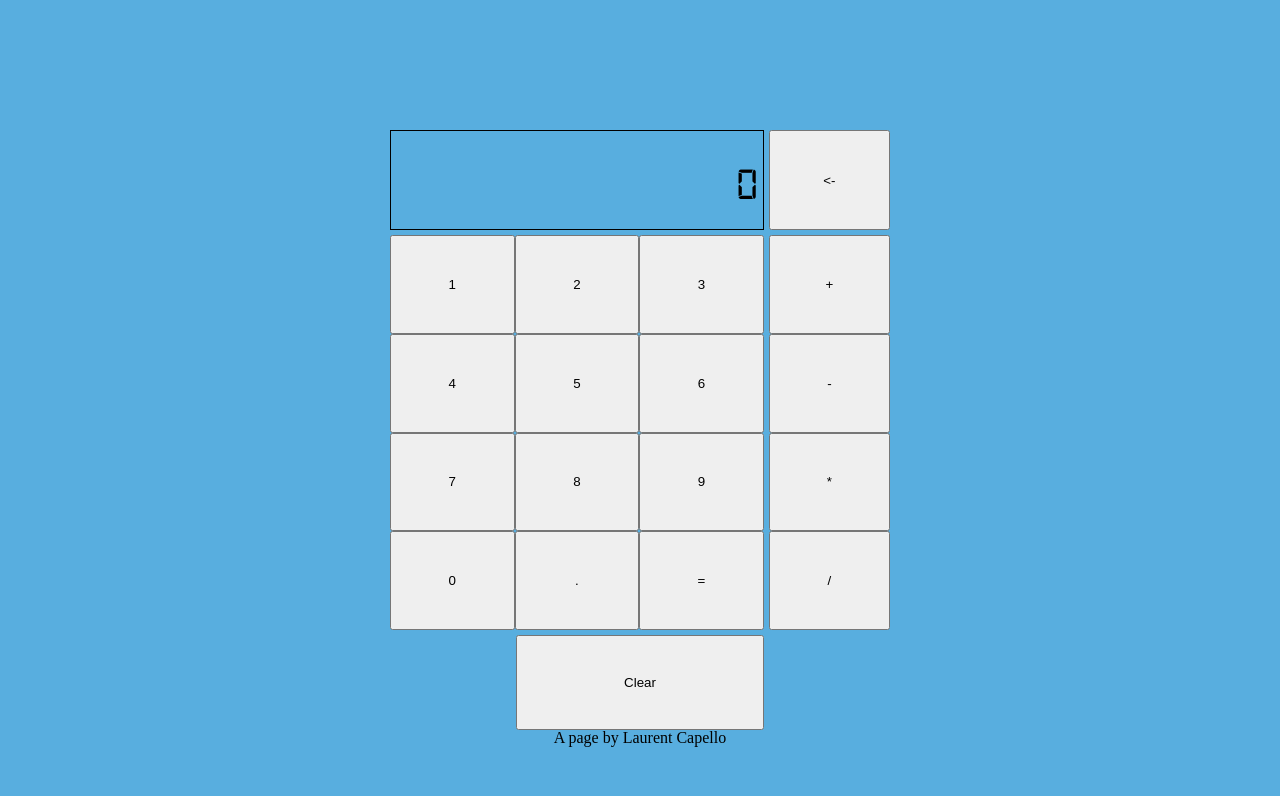
Repository: sokafootball/js-calculator
Page: index.html
These files come from the project's save history. The page is drawn as it stood at one moment and after the next save; the edit follows.
The browser window is 1280 px wide. The pictures show the whole page.

Above is the page before, as saved 2020-05-06 19:25:36.

### index.html
<html>
<head>
  <title>Javascript Calculator - By Laurent Capello</title>
  <link rel="stylesheet" type="text/css" href="reset.css">
  <link rel="stylesheet" type="text/css" href="style.css">
  <!--<link rel="stylesheet" type="text/css" href="wireframe.css">-->
  <link href="https://fonts.googleapis.com/css2?family=Barlow:wght@300&display=swap" rel="stylesheet">
</head>
<body>
<main id="main">
  <div id="calculator">
    <p id="display">0</p>
    <button id="backspace" class="button"><-</button>
    <div id="numpad">
      <button class="button num-button">1</button>
      <button class="button num-button">2</button>
      <button class="button num-button">3</button>
      <button class="button num-button">4</button>
      <button class="button num-button">5</button>
      <button class="button num-button">6</button>
      <button class="button num-button">7</button>
      <button class="button num-button">8</button>
      <button class="button num-button">9</button>
      <button class="button num-button">0</button>
      <button id="decimal-button" class="button">.</button>
      <button id="equal-button" class="button">=</button>
    </div>
    <div id="operators">
      <button class="button operation-button">+</button>
      <button class="button operation-button">-</button>
      <button class="button operation-button">*</button>
      <button class="button operation-button">/</button>
    </div>
    <button id="clear-button" class="button">Clear</button>
  </div>
</main>
<footer id="footer">
  <p>A page by <span id="signature">Laurent Capello</span></p>
</footer>
<div id="hidden-element" class="display-full" style="display: none"></div>
<script type="text/javascript" src="script.js"></script>
</body>
</html>

### style.css
@font-face {
  font-family: "calcFont";
  src: url("./fonts/digital-7/digital-7.ttf");
  }

body{
  align-items: center;
  background-color: hsl(202, 68%, 61%);
  display: flex;
  flex-direction: column;
  justify-content: space-between;
}

.display-full{
  animation-name: display-full;
  animation-duration: 0.3s;
}

#backspace{
  grid-area: backspace;
}

#calc-top{
  margin-bottom: 40px;
}

#clear-button{
  grid-area: clear;
}

#display{
  border: 1px solid black;
  font-family: 'calcFont', sans-serif;
  font-size: 45px;
  grid-area: display;
  line-height: 95px;
  padding-right: 5px;
  text-align: right;
  vertical-align: middle;
}

#calculator{
  display: grid;
  gap: 5px 5px;
  grid-template-areas:
    "display display display backspace"
    "numpad numpad numpad operators"
    "numpad numpad numpad operators"
    "numpad numpad numpad operators"
    "numpad numpad numpad operators"
    ". clear clear .";
  grid-template-columns: repeat(4, 1fr);
  grid-template-rows: 100px repeat(5, 1fr); /*first row is fixed to stop the border animation from taking space from other rows*/
  height: 600px;
  margin-top: 130px;
  width: 500px;
}

#footer{
  margin-bottom: 50px;
}

#numpad{
  display: grid;
  grid-area: numpad;
  grid-template-columns: repeat(3, 1fr);
  grid-template-rows: repeat(4, 1fr);
}

#operators{
  display: flex;
  flex-direction: column;
  justify-content: space-evenly;
  grid-area: operators;
}

#operators button{
  flex-grow: 1;
}

@keyframes display-full{
  0% {border: 1px solid black;}
  50% {
    border: 2px solid red;
    box-shadow: 0px 0px 6px 1px red;
    line-height: 93px;
    padding-right: 4px;
  }
  100% {border: 1px solid black;}
}

### script.js
/*
CODE BY LAURENT CAPELLO
*/

//#region STARTUP
const MAX_DISPLAY_LENGTH = 14
const MAX_DECIMALS = 3
const EXPONENTIAL_NOTATION_DIGITS = MAX_DISPLAY_LENGTH - 4 //4 digits are reserved for the exponential notation and the dot
let display = document.querySelector(`#display`)
let overwriteIsOn = true
let operation = null, operand1 = null, operand2 = null

addFunctionsToBtns()

function addFunctionsToBtns(){
	let numButtons = document.querySelectorAll(`.num-button`)
	numButtons = Array.from(numButtons)
	numButtons.forEach(button => {
		button.addEventListener(`click`, () => pressNumBtn(button.innerText))
	});

	let opButtons = document.querySelectorAll(`.operation-button`)
	opButtons = Array.from(opButtons)
	opButtons.forEach(button => {
		button.addEventListener(`click`, () => pressOperationBtn(button.innerText))
	});

	let equalButton = document.querySelector(`#equal-button`)
	equalButton.addEventListener(`click`, pressEqualBtn)

	let clearButton = document.querySelector(`#clear-button`)
	clearButton.addEventListener(`click`, pressClearBtn)

	let bckSpaceBtn = document.querySelector(`#backspace`)
	bckSpaceBtn.addEventListener(`click`, pressBackspaceBtn)

	let decimalBtn = document.querySelector(`#decimal-button`)
	decimalBtn.addEventListener(`click`, pressDecimalBtn)

	document.onkeydown = (e) => filterKeyPress(e)
}

function filterKeyPress(e){
	console.log(`key pressed`)
	if (e.which <= 105 && e.which >= 96){
		pressNumBtn(Number(e.key))
	} else if (e.which == 106 || e.which == 107 || e.which == 109 || e.which == 111) {
		pressOperationBtn(e.key)
	} else if (e.which == 13){
		pressEqualBtn()
	} else if (e.which == 110){
		pressDecimalBtn()
	} else if (e.which == 8){
		pressBackspaceBtn()
	}
}
//#endregion

//#region SUPPORT FUNCTIONS
function clear(){
	display.innerText = `0`
	operation = null
	operand1 = null
	operand2 = null
	overwriteIsOn = true
}

function displayNumber(num){
	if(num == 0 && display.innerText == `0`) return
  if(overwriteIsOn){
		if(num == `.`){
			display.innerText += num
		}else{
			display.innerText = num
		}
		overwriteIsOn = false
	}else{
		if(display.innerText.length >= MAX_DISPLAY_LENGTH){
			animateDisplay()
			return
		}
		display.innerText += num
	}
}

function displayResult(){
	operand1 = operate(operation, operand1, operand2)
	operand2 = null
	display.innerText = operand1
}

function saveNumber(){
	if(operation == null)
		operand1 =  Number(display.innerText)
	else operand2 =  Number(display.innerText)
}

function saveOperation(operationSign){
	operation = operationSign
	overwriteIsOn = true
}

function truncateDecimals(num){
	if((num % 1).toString().length > MAX_DECIMALS) return Number(num).toFixed(MAX_DECIMALS)
	return num
}

function truncateIntegers(num){
	if(num.toString().length <= MAX_DISPLAY_LENGTH) return num
	return num.toExponential(EXPONENTIAL_NOTATION_DIGITS)
}
//#endregion

//#region BUTTONS FUNCTIONS
function pressBackspaceBtn(){
	//if display length is 1
	if(display.innerText.length == 1){
		display.innerText = `0`
	}else{
		let displayArray = Array.from(display.innerText)
		displayArray.pop()
		display.innerText = displayArray.join(``)
	}
	saveNumber()
}

function pressDecimalBtn(){
	//add dot to the right of the number on display
	if (display.innerText.includes(`.`)) return
	displayNumber(`.`)
	saveNumber()
}

function pressClearBtn(){
	clear()
}

function pressEqualBtn(){
	if(operand1 != null && operand2 != null){
		displayResult()
		operation = null
		overwriteIsOn = true
		operand2 = null
	}else{
		operation = null
		overwriteIsOn = true
		operand2 = null
		display.innerText = operand1 == null ? `0` : operand1
	}
}

function pressNumBtn(num){
	displayNumber(Number(num))
	saveNumber()
}

function pressOperationBtn(operationSign){
	if (operation == null){
		saveOperation(operationSign)
	}else{
		if(operand1 != null && operand2 != null){
			displayResult()
		}
		saveOperation(operationSign)
	}
}
//#endregion

//#region MATH FUNCTIONS
function operate(operation, a, b){
	let result = null
	switch (operation){
		case `+`:
			operation = add
			break
		case `-`:
			operation = subtract
			break;
		case `*`:
			operation = multiply
			break
		case `/`:
			operation = divide
			break;
		default:
			console.log(`invalid operation`)
			return
	}
	result = Number(operation(a,b))
	result = truncateDecimals(result)
	result = truncateIntegers(result)
  return Number(result)
}

function add (...nums) {
	return nums.reduce((total, num) => {
		return total + num
	}, 0)
}

function subtract (...nums) {
	return nums.reduce((total, num) => {
		return total - num
	})
}

function sum (arr) {
	return add(...arr)
}

function divide (...nums){
	if (nums[1] == 0){
		console.log(`you can't divide by 0!`)
		clear()
		return 0
	}
	return nums.reduce((total, num) => total / num
	)
}

function multiply (...nums) {
	return nums.reduce((total, num) => {
		return total * num
	})
}
//#endregion

//#region DISPLAY ANIMATION FUNCTIONS
function convertDuration(durationString){
	let duration = Number(durationString.replace(`s`, ``))
	return duration * 1000
}

function animateDisplay(){
	let animDurationString = getComputedStyle(document.querySelector(`.display-full`)).animationDuration
	const ANIM_DURATION = convertDuration(animDurationString)
	display.classList.remove(`display-full`)
	display.classList.add(`display-full`)
	setTimeout(() => display.classList.remove(`display-full`), ANIM_DURATION);
}
//#endregion

Loaded but not shown: reset.css (common file)

After the next save:
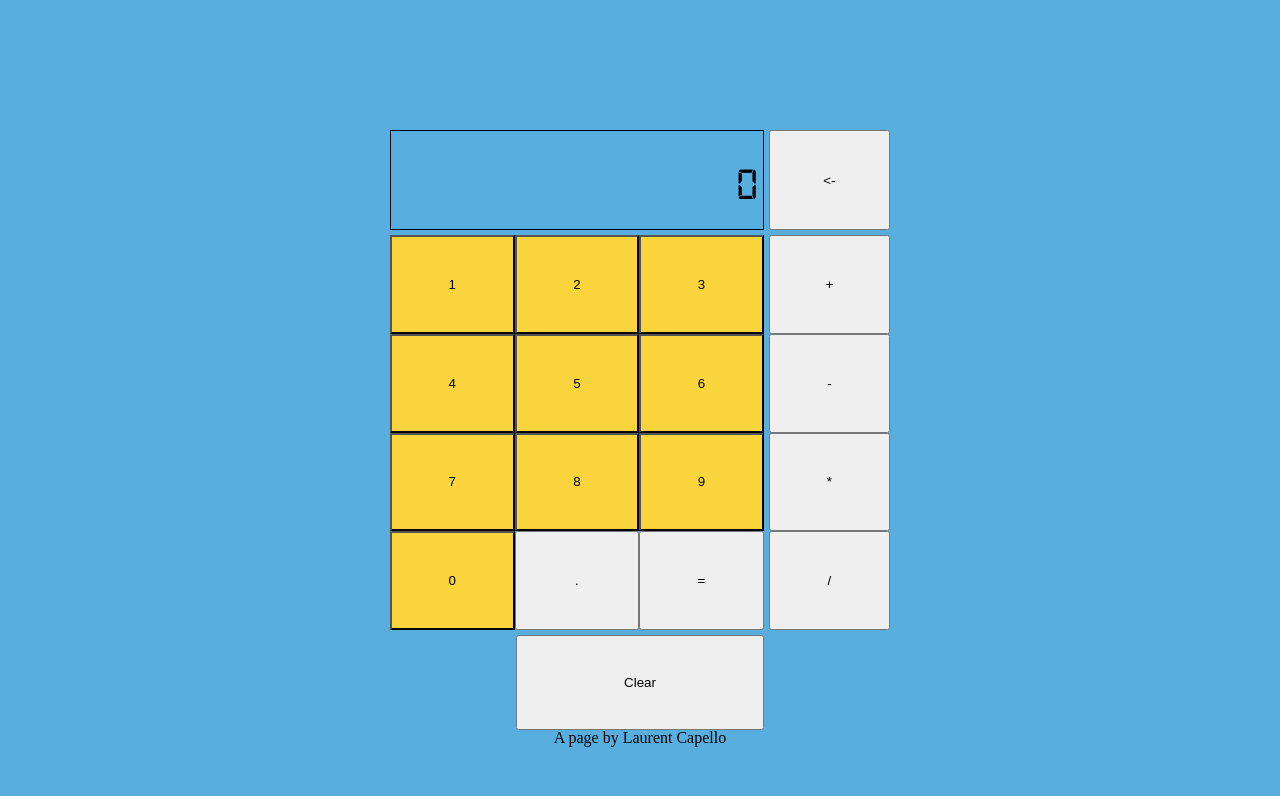
Saved 69 s later.
--- a/style.css
+++ b/style.css
@@ -14,6 +14,10 @@ body{
 .display-full{
   animation-name: display-full;
   animation-duration: 0.3s;
+}
+
+.num-button{
+  background-color: hsl(48, 95%, 61%);
 }
 
 #backspace{
